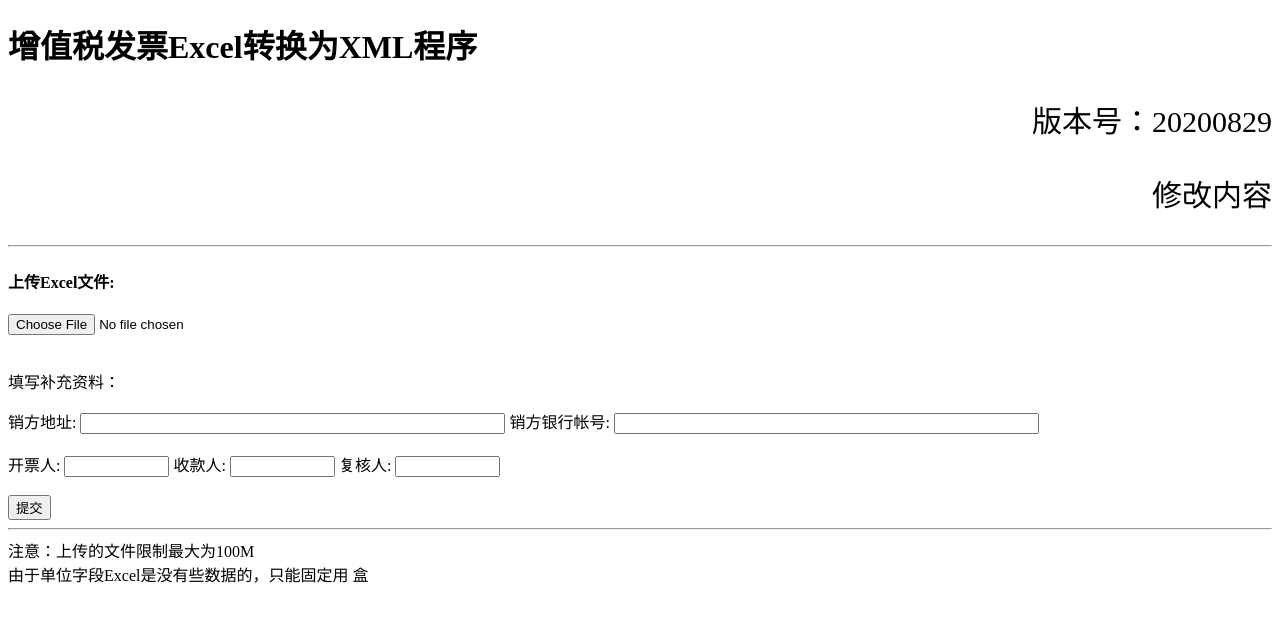
Repository: SFGuile/learnSpringapp
Page: http://localhost/demo/home.jsp
These files come from the project's save history. The page is drawn as it stood at one moment and after the next save; the edit follows.
The browser window is 1280 px wide. The pictures show the whole page.
The page is served by Tomcat 9.

Above is the page before, as saved 2020-08-29 01:47:06.

After the next save:
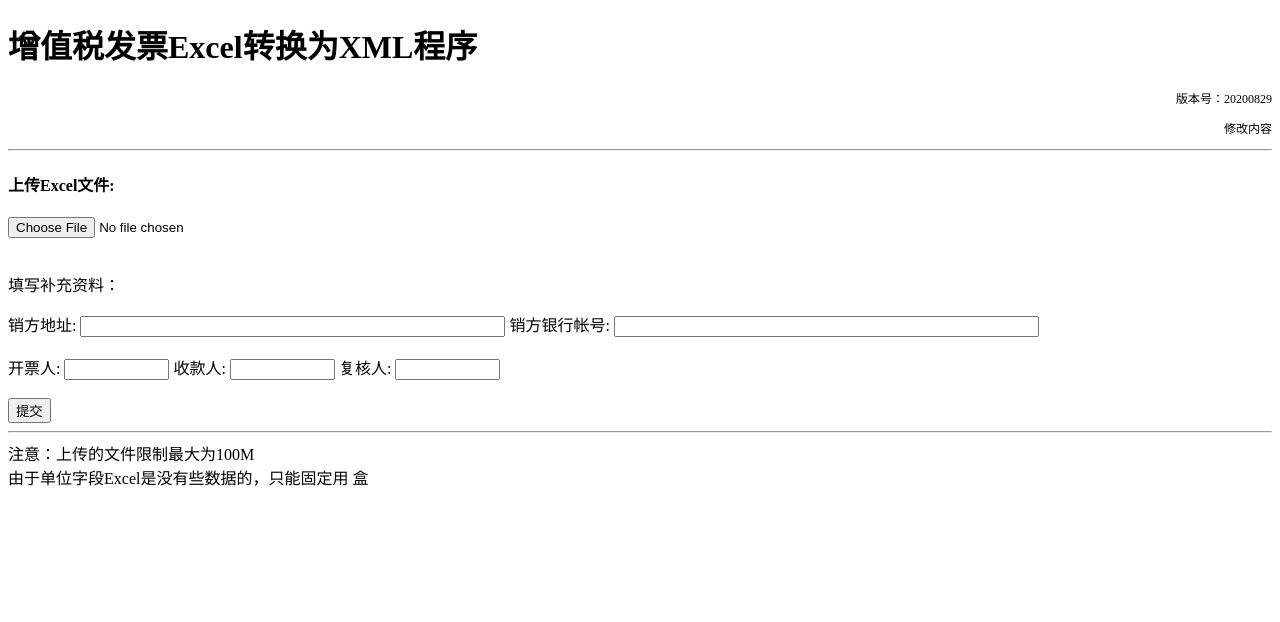
Saved 18 s later.
--- a/demo/src/main/webapp/home.jsp
+++ b/demo/src/main/webapp/home.jsp
@@ -13,12 +13,12 @@
 
  <h1>增值税发票Excel转换为XML程序</h1>
   <div>
-    <p style="font-size:30px;text-align: right;">版本号：20200829</p>
+    <p style="font-size:12px;text-align: right;">版本号：20200829</p>
 
    </div>
 
     <div>
-     <p style="font-size:30px;text-align: right;">修改内容</p>
+     <p style="font-size:12px;text-align: right;">修改内容</p>
 
     </div>
 
